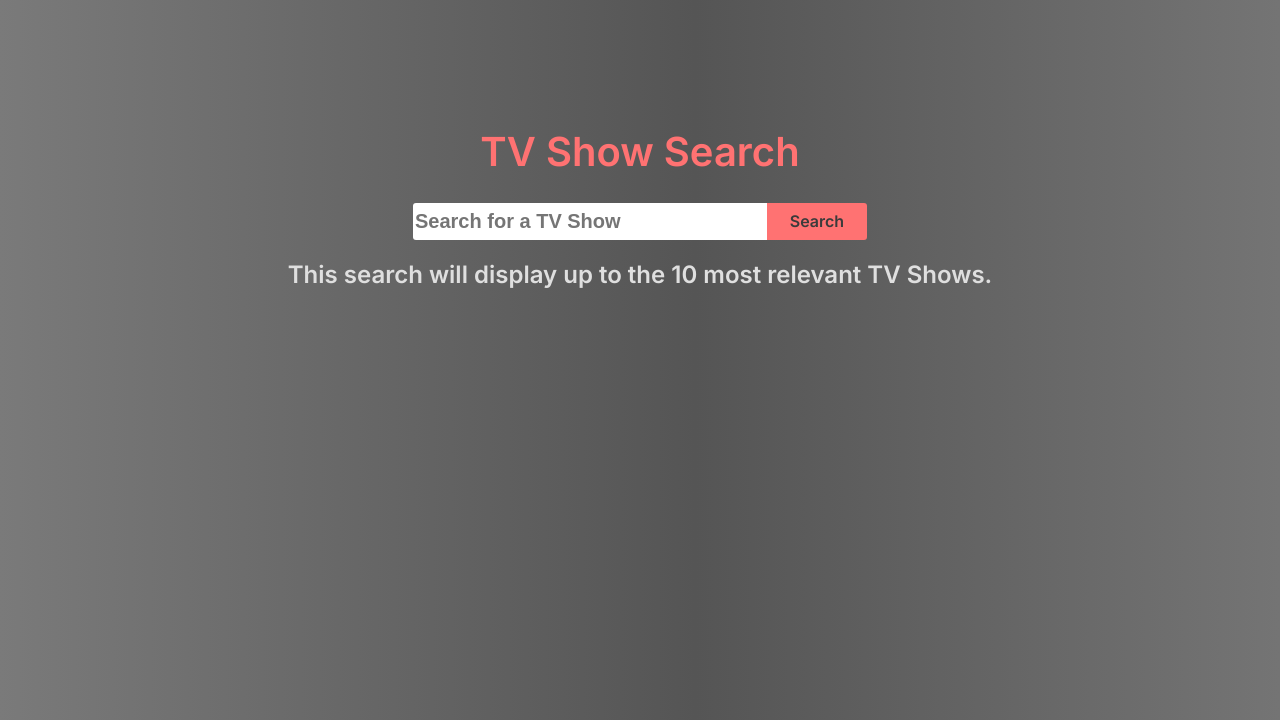
Repository: shayanabedi98/tv-search-react
Page: /
The author's editor kept a copy of each file at every save. The page is drawn from the files as they stood at one save, then again after the next save.
The browser window is 1280 px wide. The pictures show the whole page.
The project was rebuilt for these pictures with package versions that can differ from the ones it lists, and the page was loaded fresh each time. Also part of the build but not shown: vite.config.js.

Above is the page before, as saved 2024-01-09 15:29:18.

After the next save:
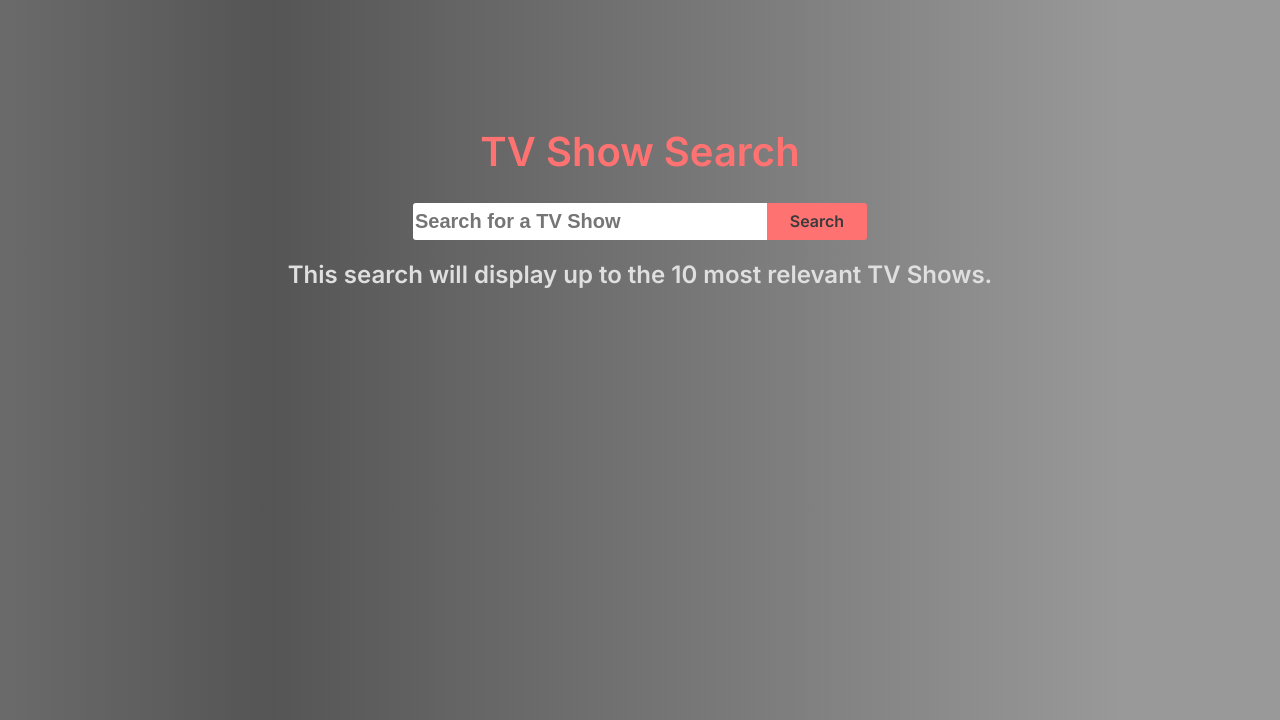
Saved 33 s later.
--- a/src/index.css
+++ b/src/index.css
@@ -6,7 +6,7 @@ body {
   padding: 0;
   color: rgb(223, 223, 223);
   width: 100%;
-  background: linear-gradient(to right, rgb(153, 153, 153), rgb(85, 85, 85), rgb(153, 153, 153));
+  background: linear-gradient(to right, rgb(153, 153, 153), rgb(85, 85, 85), rgb(153, 153, 153), rgb(153, 153, 153));
   background-size: 200% 200%;
   animation: move-bg 12s linear infinite;
 }
